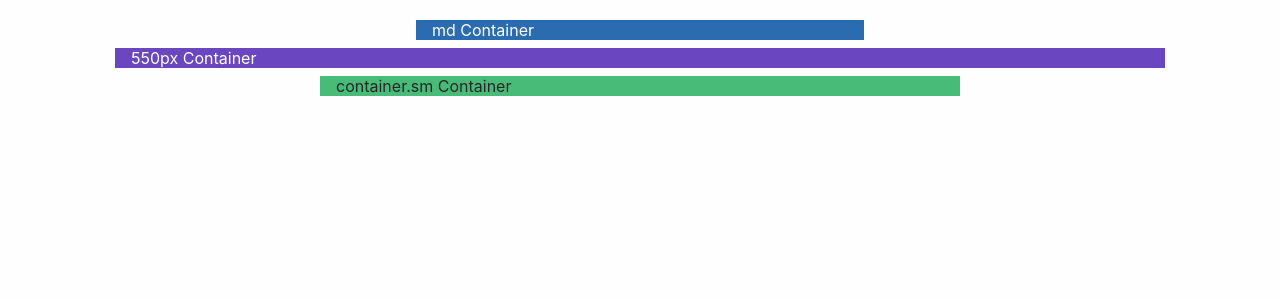
Repository: jorgelucasjs/chakra-ui-doc
Page: /
The author's editor kept a copy of each file at every save. The page is drawn from the files as they stood at one save, then again after a run of saves.
The browser window is 1280 px wide. The pictures show the whole page.
The project was rebuilt for these pictures with package versions that can differ from the ones it lists, and the page was loaded fresh each time.

Above is the page before, as saved 2023-01-06 11:50:57.

### public/index.html
<!DOCTYPE html>
<html lang="en">
  <head>
    <meta charset="utf-8" />
   <!--  <link rel="icon" href="%PUBLIC_URL%/logo.jpg" /> -->
    <meta name="viewport" content="width=device-width, initial-scale=1" />
    <meta name="theme-color" content="#000000" />
    <meta
      name="description"
      content="Web site created using create-react-app"
    />
    <!-- <link rel="apple-touch-icon" href="%PUBLIC_URL%/logo.jpg" /> -->
    <!--
      manifest.json provides metadata used when your web app is installed on a
      user's mobile device or desktop. See https://developers.google.com/web/fundamentals/web-app-manifest/
    -->
    <link rel="manifest" href="%PUBLIC_URL%/manifest.json" />
    <!--
      Notice the use of %PUBLIC_URL% in the tags above.
      It will be replaced with the URL of the `public` folder during the build.
      Only files inside the `public` folder can be referenced from the HTML.

      Unlike "/favicon.ico" or "favicon.ico", "%PUBLIC_URL%/favicon.ico" will
      work correctly both with client-side routing and a non-root public URL.
      Learn how to configure a non-root public URL by running `npm run build`.
    -->
    <title>Chackra ui</title>
  </head>
  <body>
    <noscript>You need to enable JavaScript to run this app.</noscript>
    <div id="root"></div>
    <!--
      This HTML file is a template.
      If you open it directly in the browser, you will see an empty page.

      You can add webfonts, meta tags, or analytics to this file.
      The build step will place the bundled scripts into the <body> tag.

      To begin the development, run `npm start` or `yarn start`.
      To create a production bundle, use `npm run build` or `yarn build`.
    -->
  </body>
</html>

### src/index.tsx
import React from 'react';
import ReactDOM from 'react-dom/client';
import App from './App';
import reportWebVitals from './reportWebVitals';

const root = ReactDOM.createRoot(
  document.getElementById('root') as HTMLElement
);


root.render(

	<React.StrictMode>
		<App />
	</React.StrictMode>

);

reportWebVitals();

### src/App.tsx
import * as React from 'react';
import PagesRouter from './routes';
import { extendTheme, ChakraProvider, ColorModeScript } from '@chakra-ui/react';
import theme from './theme/theme';

export default function App(): JSX.Element {

	return (
		<ChakraProvider theme={theme}>
			<ColorModeScript initialColorMode={theme.config.initialColorMode} />
			<PagesRouter />
		</ChakraProvider>
	);
}

### src/routes/index.tsx
import React from 'react';
import { BrowserRouter, Route, Routes } from 'react-router-dom';
import Home from '../pages';
import GlobalStyle from './../style/Global';
export default function PagesRouter(): JSX.Element {
	return (

		<BrowserRouter>
			<GlobalStyle />

			<Routes>

				<Route
					path='/'
					element={<Home />}
				/>
			</Routes>
		</BrowserRouter>

	);
}

### src/theme/theme.ts
import { extendTheme, ThemeConfig } from '@chakra-ui/react';

const config: ThemeConfig = {
	initialColorMode: 'light',
	useSystemColorMode: false,
};

const colors = {
	brand: {
		900: '#1a365d',
		800: '#153e75',
		700: '#2a69ac',
	},
};

const theme = extendTheme({ config, colors });

export default theme;

### src/pages/index.tsx
import React from 'react';
import { Box, Container, Text, Flex, Grid, Button, SimpleGrid, Wrap, WrapItem, VStack } from '@chakra-ui/react';
import Gradient from '../components/Gradient';
import ColorMode from '../components/ColorMode';
import ModalComponent from '../components/ModalComponent';
import TabsComponents from '../components/TabsComponents';
import { CircularProgress, CircularProgressLabel } from '@chakra-ui/react';
import SkeletonComponents from '../components/SkeletonComponents';
import { Avatar, AvatarBadge, AvatarGroup } from '@chakra-ui/react';
import FormControl from '../components/FormControl';

export default function index(): JSX.Element {

	return (
		<VStack p={5}>
			<Container maxW='md' bg='blue.600' color='white'>
				<div>md Container</div>
			</Container>
			<Container maxW='1050px' bg='purple.600' color='white'>
				<div>550px Container</div>
			</Container>
			<Container maxW='container.sm' bg='green.400' color='#262626'>
				<div>container.sm Container</div>
			</Container>
		</VStack>
	);
}

### src/style/Global.ts
import { createGlobalStyle } from 'styled-components';

export default createGlobalStyle`
  * {
	  margin: 0;
	  padding: 0;
	  box-sizing: border-box;
	}

  body {
	  width: 100vw;
	  background:#fefefe;
  }

  body,
  input,
  textarea,
  button {
	font: 400 1rem Inter, sans-serif;
  }

  h1 {
	font-size: 2.5rem;
	font: 700;
	font-family: 'Work Sans', sans-serif;
  }

  h2 {
	font-size: 1.5rem;
  }

  button {
	cursor: pointer;
  }

  h1,
  h2,
  h3,
  h4,
  h5,
  h6 {
	font-weight: 600;
	font-family: Lexend, sans-serif;
  }

  input {
	outline: none;
  }
  a{
	text-decoration:none;
	color:#fff;
  }
  .modalContent,
  .secondModal {
	>img {
	  width: 15rem;
	  margin: 15px auto;
	  display: flex;
	  justify-content: center;
	  align-self: center;
	}
	> form {
	  margin: 20px 0;
	  width: 100%;
	  text-align: center;

	> label {
	  display: flex;
	  align-items: flex-start;
	  margin: 15px 0;
	  color: #1c1c1c;
	}

	>button {
	  margin-top: 25px;
	}
  }
}


.secondModal {
  >h1 {
	text-align: center;
	margin: 4rem 0 0 0;
  }

  >span {
	display: block;
	text-align: center;
	color: #1c1c1c;
	font-size: 15px;
	margin: 20px 0;
  }
}



`;

Loaded but not shown: src/reportWebVitals.ts (common file)

After the next 2 saves:
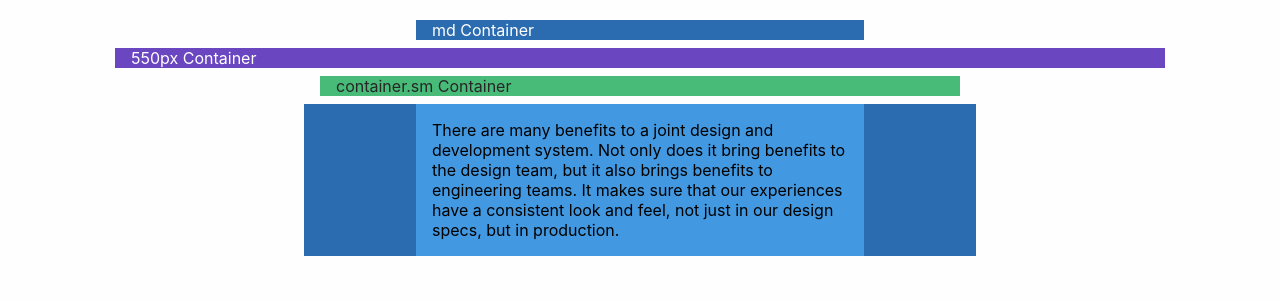
The 2 saves are shown as one change because they came seconds apart.
The last was saved 5 min 8 s later.
--- a/src/pages/index.tsx
+++ b/src/pages/index.tsx
@@ -22,6 +22,15 @@
 			<Container maxW='container.sm' bg='green.400' color='#262626'>
 				<div>container.sm Container</div>
 			</Container>
+
+			<Container maxW='2xl' bg='blue.600' centerContent>
+				<Box padding='4' bg='blue.400' color='black' maxW='md'>
+					There are many benefits to a joint design and development system. Not only
+					does it bring benefits to the design team, but it also brings benefits to
+					engineering teams. It makes sure that our experiences have a consistent look
+					and feel, not just in our design specs, but in production.
+				</Box>
+			</Container>
 		</VStack>
 	);
 }
